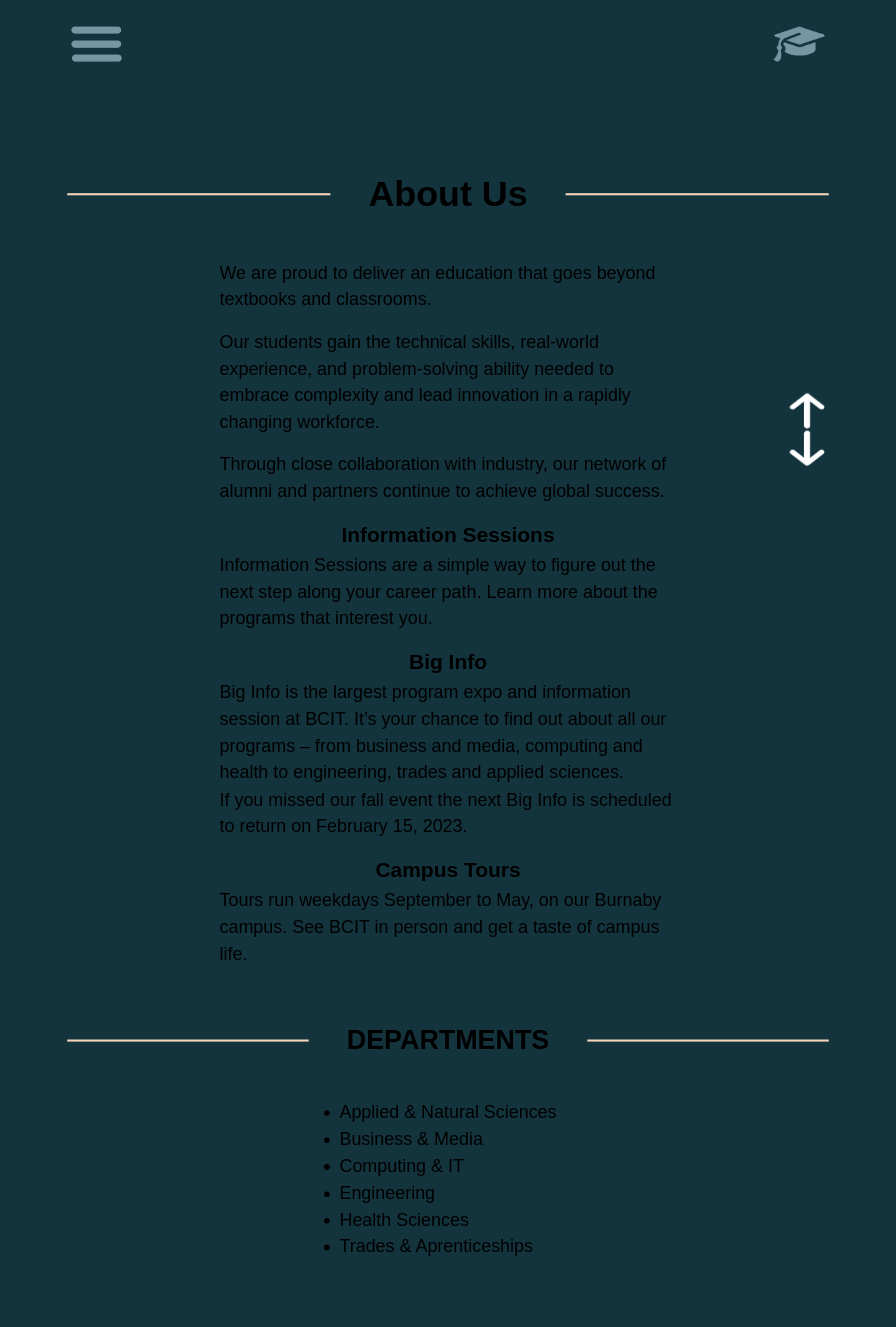
Repository: Kinakopan/playwright_bcit
Page: /about
The author's editor kept a copy of each file at every save. The page is drawn from the files as they stood at one save, then again after the next save.
The browser window is 1280 px wide. The pictures show the whole page, at 70% of full size.
Some web fonts or font styles are not loaded; a fallback is used. The project was rebuilt for these pictures with package versions that can differ from the ones it lists, and the page was loaded fresh each time. The framework's server and built-in components were replaced by stand-ins that run in the browser. Also part of the build but not shown: next.config.js.

Above is the page before, as saved 2023-01-28 11:03:51.

After the next save:
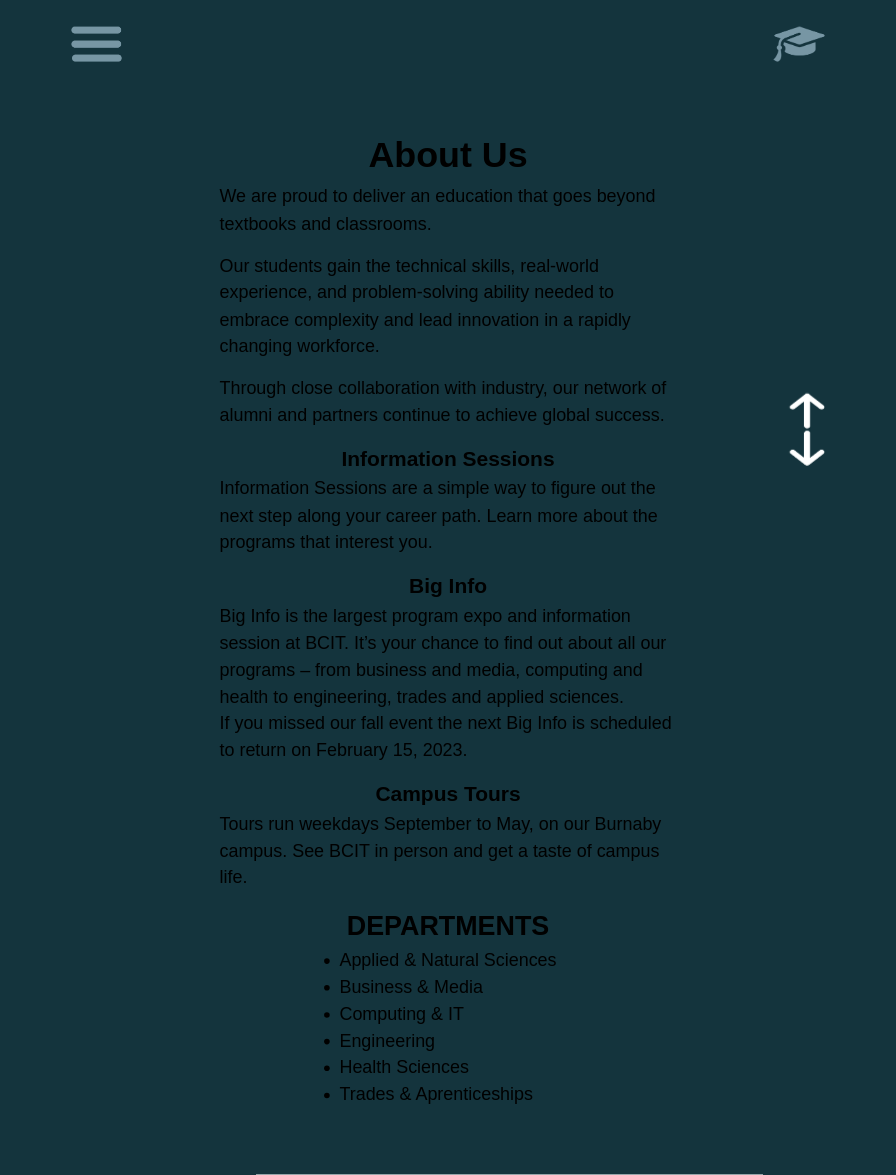
Saved 14 s later.
--- a/pages/about.js
+++ b/pages/about.js
@@ -32,7 +32,7 @@
           {/* Main contents under nav bar */}
           <main className={styles.main}>
 
-              <h1 className={styles.text_heading}>
+              <h1 className={styles.text_heading1}>
                 About Us
               </h1>
 
@@ -74,7 +74,7 @@
                 Tours run weekdays September to May, on our Burnaby campus. See BCIT in person and get a taste of campus life.
               </p>
 
-              <h2 className={styles.text_heading}>
+              <h2 className={styles.text_heading1}>
                 DEPARTMENTS
               </h2>
 

After the save that followed:
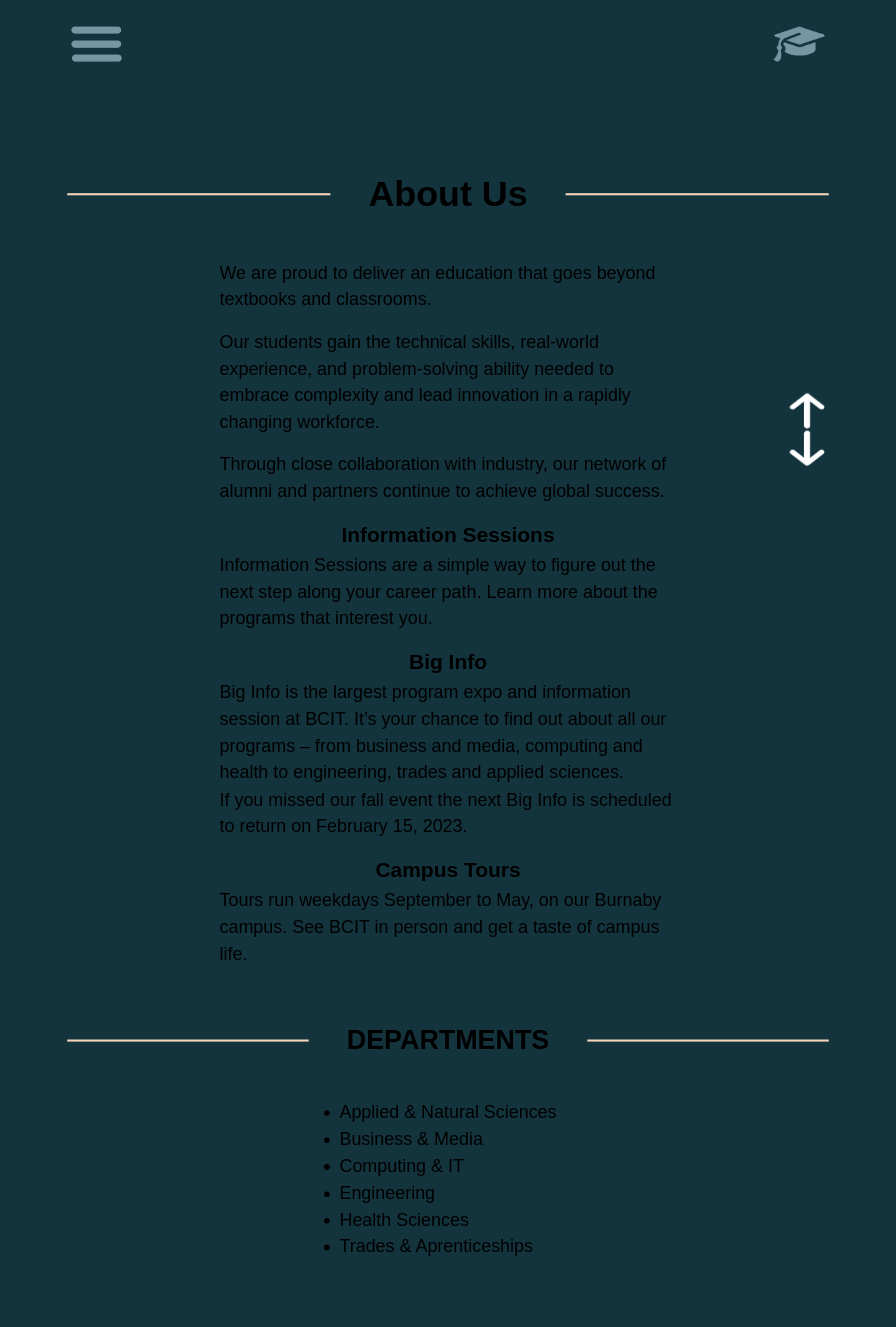
Saved 41 s later.
--- a/styles/Home.module.css
+++ b/styles/Home.module.css
@@ -388,7 +388,7 @@
   color: var(--primary-color);
 }
 
-.body_home .text_heading {
+.body_home .text_heading1 {
   font-family: 'Myriad Pro', sans-serif;
   /* font-size: 3.6rem; */
   font-size: 220%;
@@ -435,26 +435,26 @@
 
 } */
 
-.body_about .text_heading {
+.body_about .text_heading1 {
   display: flex;
   align-items: center;
   width: 100%;
   padding: 5% 0;
 }
 
-.body_about .text_heading:before,
-.body_about .text_heading:after {
+.body_about .text_heading1:before,
+.body_about .text_heading1:after {
   content: "";
   height: 3px;
   flex-grow: 1;
   background: var(--secondary-color);
 }
 
-.body_about .text_heading:before {
+.body_about .text_heading1:before {
   margin-right: 5%;
 }
 
-.body_about .text_heading:after {
+.body_about .text_heading1:after {
   margin-left: 5%;
 }
 
@@ -465,6 +465,9 @@
   margin-bottom: 2%;
 }
 
+.body_about .text_heading2 {
+
+}
 
 /*============================
     From here - Contact Page
